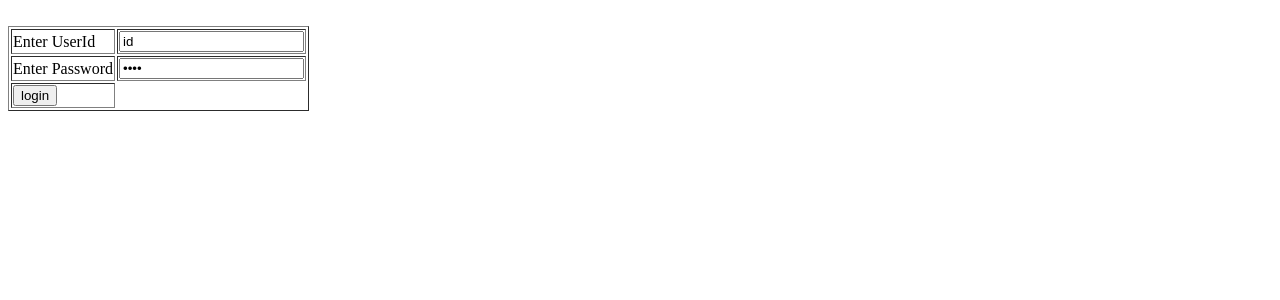
Repository: MethaniVanya/name
Page: cts46/Training/WebContent/Login.html
The author's editor kept a copy of each file at every save. The page is drawn from the files as they stood at one save, then again after the next save.
The browser window is 1280 px wide. The pictures show the whole page.

Above is the page before, as saved 2020-03-03 04:33:46.

### cts46/Training/WebContent/Login.html
<!DOCTYPE html>
<html>
<head>
<meta charset="ISO-8859-1">
<title>Insert title here</title>
</head>
<body>

<form action="http://localhost:8082/Training/LoginValidate.jsp">
<table border="1">
<tr><td> Enter UserId </td><td><input type="text" value="id"/></td> </tr><br>
<tr><td> Enter Password </td><td><input type="password" value="pass"></td> </tr>
<tr><td><input type="submit" value="login"> </td> </tr>
</table>
</form>

</body>
</html>

After the next save:
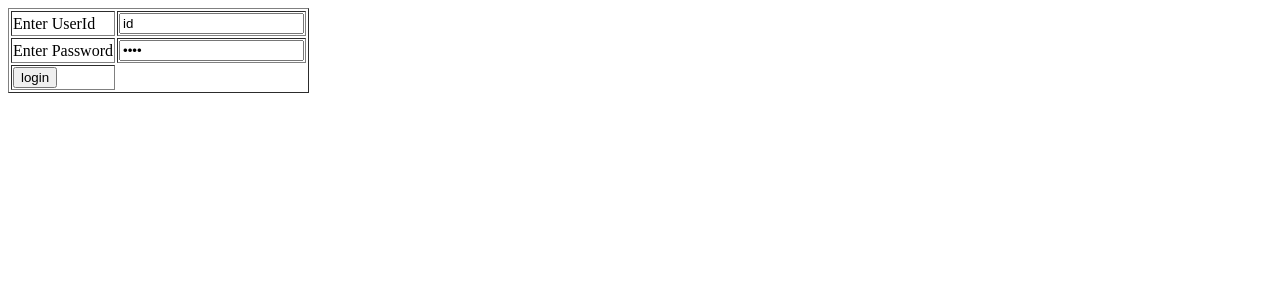
Saved 6 min 10 s later.
--- a/cts46/Training/WebContent/Login.html
+++ b/cts46/Training/WebContent/Login.html
@@ -5,14 +5,12 @@
 <title>Insert title here</title>
 </head>
 <body>
-
 <form action="http://localhost:8082/Training/LoginValidate.jsp">
 <table border="1">
-<tr><td> Enter UserId </td><td><input type="text" value="id"/></td> </tr><br>
+<tr><td> Enter UserId </td><td><input type="text" value="id"/></td> </tr>
 <tr><td> Enter Password </td><td><input type="password" value="pass"></td> </tr>
 <tr><td><input type="submit" value="login"> </td> </tr>
 </table>
 </form>
-
 </body>
 </html>
